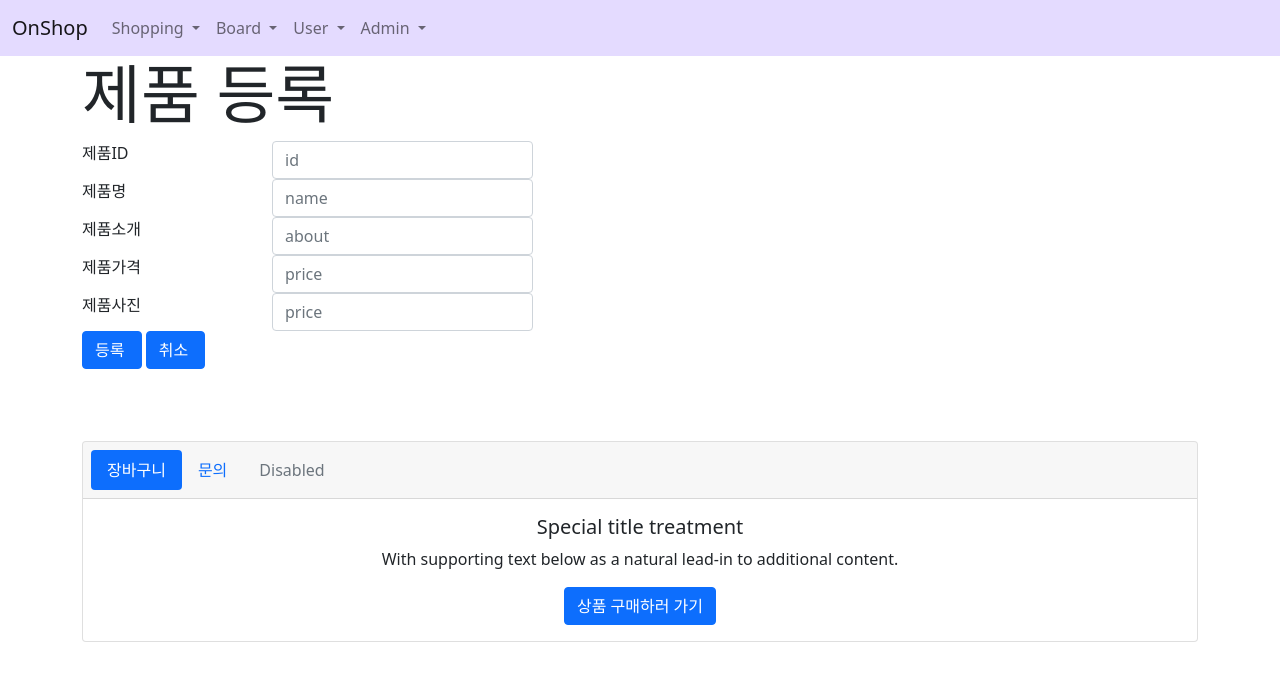
Repository: HimNahyeon/devClassBackup
Page: http://localhost/WebShop2/product/addProduct.jsp
These files come from the project's save history. The page is drawn as it stood at one moment and after a run of saves; the edit follows.
The browser window is 1280 px wide. The pictures show the whole page.
The page is served by Tomcat 9. Other server files are loaded and not shown.

Above is the page before, as saved 2021-11-04 06:11:24.

### jsp/WebShop2/WebContent/product/addProduct.jsp
<%@ page language="java" contentType="text/html; charset=UTF-8"
    pageEncoding="UTF-8"%>
<!DOCTYPE html>
<html>
<head>
<meta charset="UTF-8">
<title>제품등록</title>
</head>
<body>
<%@ include file = "../header.jsp" %>
	   <div class="jumbotron">
      <div class="container">
         <h1 class="display-3">제품 등록</h1>
      </div>
   </div>

   <div class="container">
      <form name="newProduct" class="form-horizontal"  action="addCheck.jsp" method="post" onsubmit="return checkForm()">
         <div class="form-group  row">
            <label class="col-sm-2 ">제품ID</label>
            <div class="col-sm-3">
               <input name="id" type="text" class="form-control" placeholder="id" >
            </div>
         </div>
         <div class="form-group  row">
            <label class="col-sm-2">제품명</label>
            <div class="col-sm-3">
               <input name="name" type="text" class="form-control" placeholder="name" >
            </div>
         </div>
         <div class="form-group  row">
            <label class="col-sm-2">제품소개</label>
            <div class="col-sm-3">
               <input name="description" type="text" class="form-control" placeholder="about" >
            </div>
         </div>
         <div class="form-group  row">
            <label class="col-sm-2">제품가격</label>
            <div class="col-sm-3">
               <input name="price" type="text" class="form-control" placeholder="price" >
            </div>
         </div>
         <div class="form-group  row">
            <label class="col-sm-2">제품사진</label>
            <div class="col-sm-3">
               <input name="price" type="text" class="form-control" placeholder="price" >
            </div>
         </div>
         <div class="form-group  row">
            <div class="col-sm-offset-2 col-sm-10 ">
               <input type="submit" class="btn btn-primary " value="등록 " >
               <input type="reset" class="btn btn-primary " value="취소 " onclick="reset()" >
            </div>
         </div>
      </form>
<%@ include file = "../footer.jsp" %>
</body>
</html>

### jsp/WebShop2/WebContent/header.jsp
<%@ page language="java" contentType="text/html; charset=UTF-8"
    pageEncoding="UTF-8"%>
<!DOCTYPE html>
<html>
<head>
<meta charset="UTF-8">
<link href="https://cdn.jsdelivr.net/npm/bootstrap@5.1.3/dist/css/bootstrap.min.css" rel="stylesheet" integrity="sha384-1BmE4kWBq78iYhFldvKuhfTAU6auU8tT94WrHftjDbrCEXSU1oBoqyl2QvZ6jIW3" crossorigin="anonymous">
<script src="https://cdn.jsdelivr.net/npm/bootstrap@5.1.3/dist/js/bootstrap.bundle.min.js" integrity="sha384-ka7Sk0Gln4gmtz2MlQnikT1wXgYsOg+OMhuP+IlRH9sENBO0LRn5q+8nbTov4+1p" crossorigin="anonymous"></script>
<title>Insert title here</title>
</head>
<body>
<nav class="navbar navbar-expand-lg navbar-light" style="background-color: #e4dbff;">
  <div class="container-fluid">
    <a class="navbar-brand" href="/">OnShop</a>
    <button class="navbar-toggler" type="button" data-bs-toggle="collapse" data-bs-target="#navbarNavDropdown" aria-controls="navbarNavDropdown" aria-expanded="false" aria-label="Toggle navigation">
      <span class="navbar-toggler-icon"></span>
    </button>
    <div class="collapse navbar-collapse" id="navbarNavDropdown">
      <ul class="navbar-nav">
		<li class="nav-item dropdown">
          <a class="nav-link dropdown-toggle" href="#" id="navbarDropdownMenuLink" role="button" data-bs-toggle="dropdown" aria-expanded="false">
            Shopping
          </a>
          <ul class="dropdown-menu" aria-labelledby="navbarDropdownMenuLink">
            <li><a class="dropdown-item" href="/product/products.jsp">상품목록</a></li>
            <li><a class="dropdown-item" href="#">장바구니</a></li>
          </ul>
        </li>
		<li class="nav-item dropdown">
          <a class="nav-link dropdown-toggle" href="#" id="navbarDropdownMenuLink" role="button" data-bs-toggle="dropdown" aria-expanded="false">
            Board
          </a>
          <ul class="dropdown-menu" aria-labelledby="navbarDropdownMenuLink">
            <li><a class="dropdown-item" href="#">글목록</a></li>
            <li><a class="dropdown-item" href="#">글쓰기</a></li>
          </ul>
        </li>
     	<li class="nav-item dropdown">
          <a class="nav-link dropdown-toggle" href="#" id="navbarDropdownMenuLink" role="button" data-bs-toggle="dropdown" aria-expanded="false">
            User
          </a>
          <ul class="dropdown-menu" aria-labelledby="navbarDropdownMenuLink">
            <li><a class="dropdown-item" href="/member/loginMember.jsp">로그인</a></li>
            <li><a class="dropdown-item" href="#">로그아웃</a></li>
            <li><a class="dropdown-item" href="#">회원가입</a></li>
            <li><a class="dropdown-item" href="#">회원탈퇴</a></li>
          </ul>
        </li>
       	<li class="nav-item dropdown">
          <a class="nav-link dropdown-toggle" href="#" id="navbarDropdownMenuLink" role="button" data-bs-toggle="dropdown" aria-expanded="false">
            Admin
          </a>
          <ul class="dropdown-menu" aria-labelledby="navbarDropdownMenuLink">
            <li><a class="dropdown-item" href="/product/addProduct.jsp">제품등록</a></li>
            <li><a class="dropdown-item" href="/member/listMember.jsp">회원관리</a></li>
          </ul>
        </li>
      </ul>
    </div>
  </div>
</nav>

</body>
</html>

### jsp/WebShop2/WebContent/footer.jsp
<%@ page language="java" contentType="text/html; charset=UTF-8"
    pageEncoding="UTF-8"%>


<script src="https://cdn.jsdelivr.net/npm/bootstrap@5.1.3/dist/js/bootstrap.bundle.min.js" integrity="sha384-ka7Sk0Gln4gmtz2MlQnikT1wXgYsOg+OMhuP+IlRH9sENBO0LRn5q+8nbTov4+1p" crossorigin="anonymous"></script>

    <br><br><br>

    <div class="card text-center">
  <div class="card-header">
    <ul class="nav nav-pills card-header-pills">
      <li class="nav-item">
        <a class="nav-link active" href="#">장바구니</a>
      </li>
      <li class="nav-item">
        <a class="nav-link" href="#">문의</a>
      </li>
      <li class="nav-item">
        <a class="nav-link disabled" href="#" tabindex="-1" aria-disabled="true">Disabled</a>
      </li>
    </ul>
  </div>
  <div class="card-body">
    <h5 class="card-title">Special title treatment</h5>
    <p class="card-text">With supporting text below as a natural lead-in to additional content.</p>
    <a href="/product/products.jsp" class="btn btn-primary">상품 구매하러 가기</a>
  </div>
</div>

After the next 2 saves:
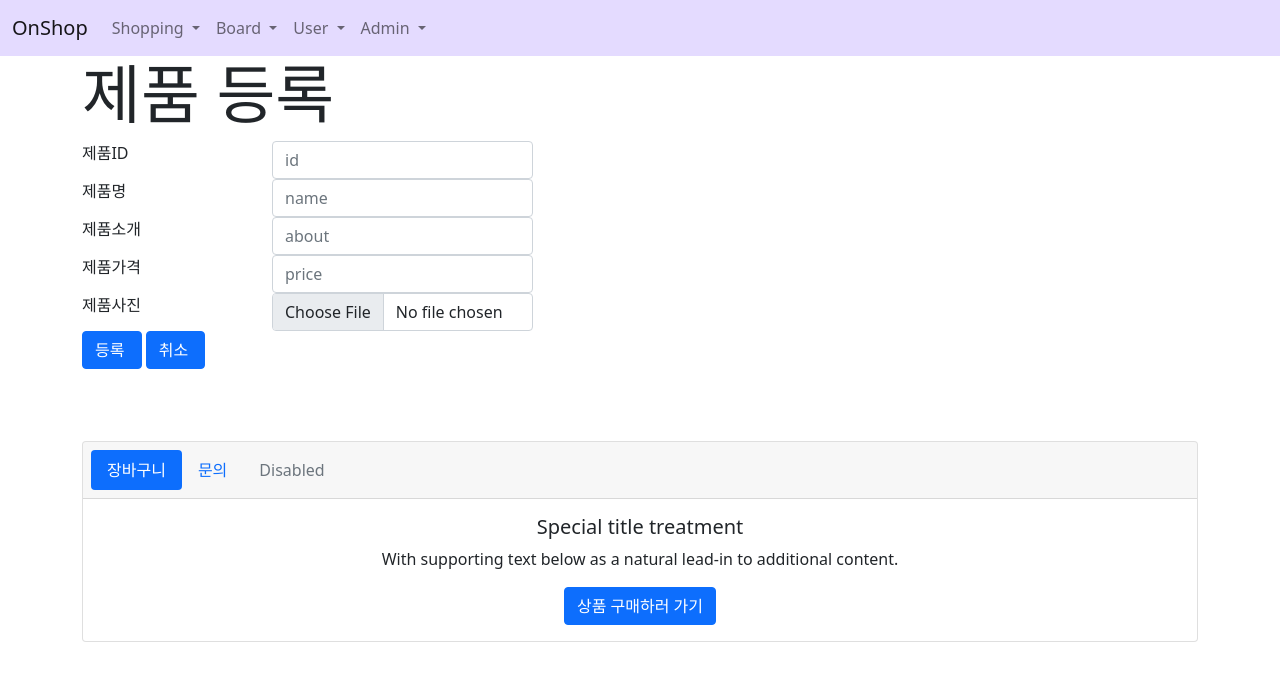
The 2 saves are shown as one change because they came seconds apart.
The last was saved 17 s later.
--- a/jsp/WebShop2/WebContent/product/addProduct.jsp
+++ b/jsp/WebShop2/WebContent/product/addProduct.jsp
@@ -43,7 +43,7 @@
          <div class="form-group  row">
             <label class="col-sm-2">제품사진</label>
             <div class="col-sm-3">
-               <input name="price" type="text" class="form-control" placeholder="price" >
+               <input name="filename" type="file" class="form-control" placeholder="price" >
             </div>
          </div>
          <div class="form-group  row">
